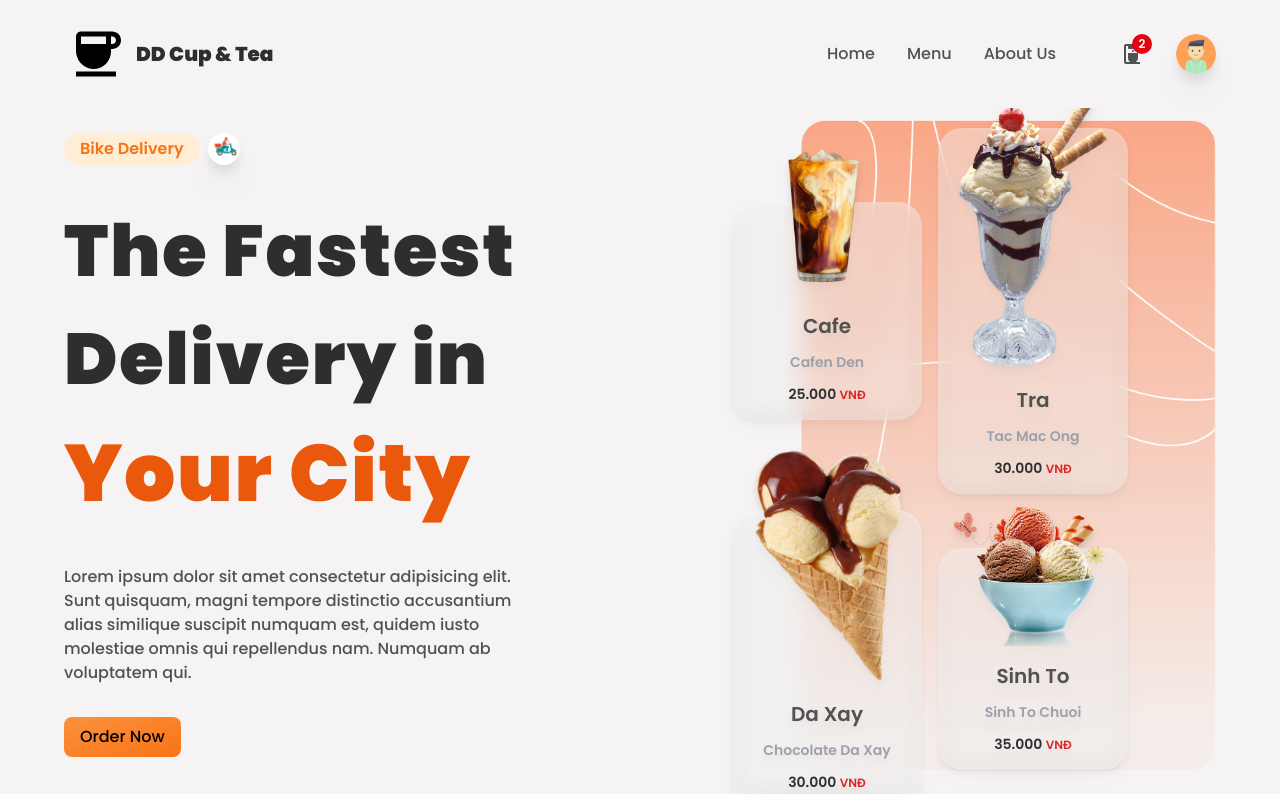
Repository: duongspm/ddcoffee
Page: /
These files come from the project's save history. The page is drawn as it stood at one moment and after the next save; the edit follows.
The browser window is 1280 px wide. The pictures show the whole page.
The project was rebuilt for these pictures with package versions that can differ from the ones it lists, and the page was loaded fresh each time. Also part of the build but not shown: src/App.css, src/components/CreateContainer.jsx.

Above is the page before, as saved 2022-07-12 20:28:17.

After the next save:
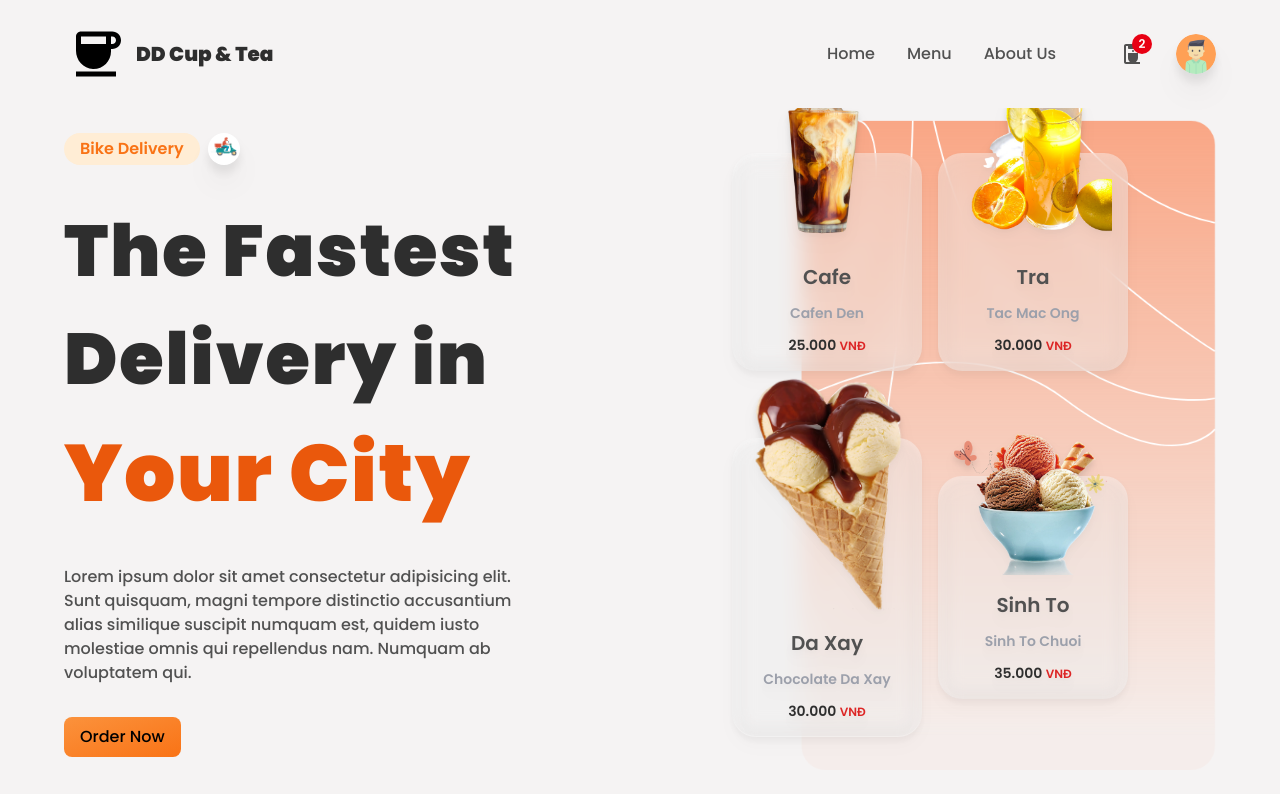
Saved 6 s later.
--- a/src/utils/data.js
+++ b/src/utils/data.js
@@ -1,5 +1,5 @@
 import I1 from '../assets/imgs/bacxiu.png';
-import I2 from '../assets/imgs/i2.png';
+import I2 from '../assets/imgs/cam.png';
 import I3 from '../assets/imgs/i3.png';
 import I4 from '../assets/imgs/i4.png';
 const heropData = [
